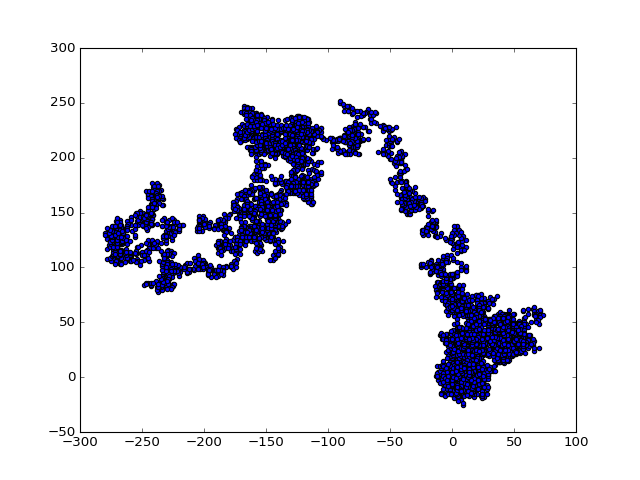
Repository: wh-debug/Matplotlib
Script's output: python rw_visual.py
An editor plug-in stored every save of this project. The script's output is shown before and after the next save, followed by the edit.
Random numbers start from a fixed seed.

Above is the script's output before, as saved 2021-02-23 18:24:23.

### rw_visual.py
'''
Author: your name
Date: 2021-02-23 18:21:32
LastEditTime: 2021-02-23 18:24:23
LastEditors: Please set LastEditors
Description: In User Settings Edit
FilePath: \Matplotlib\rw_visual.py
'''
import matplotlib.pyplot as plt
from randowwalk import Randomwalk

rw = Randomwalk()
rw.fill_walk()
plt.style.use('classic')
fig, ax = plt.subplots()

ax.scatter(rw.x_values, rw.y_values, s=15)
plt.show()

### randowwalk.py
'''
Author: your name
Date: 2021-02-23 15:39:37
LastEditTime: 2021-02-23 18:20:59
LastEditors: Please set LastEditors
Description: In User Settings Edit
FilePath: \Matplotlib\randowwalk.py
'''
from random import choice

class Randomwalk:
    """一个生成随机漫步数据的类"""
    def __init__(self, num_points=5000):
        self.num_points = num_points

        self.x_values = [0]
        self.y_values = [0]

    def fill_walk(self):
        """计算随机漫步的所有的点"""
        while len(self.x_values) < self.num_points:
            #todo 决定前进方向以及沿着个方向前进的距离
            x_direction = choice([1, -1])
            x_distance = choice([0, 1, 2, 3, 4])
            x_step = x_direction * x_distance

            y_direction = choice([1, -1])
            y_distance = choice([0, 1, 2, 3, 4])
            y_step = y_direction * y_distance

            #todo 拒绝原地踏步
            if x_step == 0 and y_step == 0:
                continue

            x = self.x_values[-1] + x_step
            y = self.y_values[-1] + y_step

            self.x_values.append(x)
            self.y_values.append(y)

After the next save:
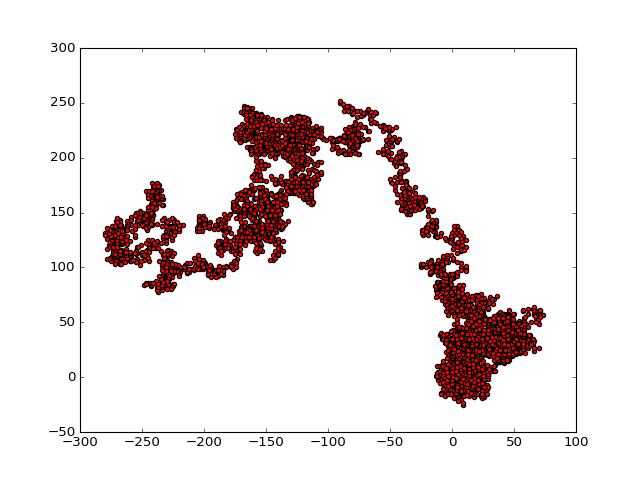
Saved 87 s later.
--- a/rw_visual.py
+++ b/rw_visual.py
@@ -1,7 +1,7 @@
 '''
 Author: your name
 Date: 2021-02-23 18:21:32
-LastEditTime: 2021-02-23 18:24:23
+LastEditTime: 2021-02-23 18:25:50
 LastEditors: Please set LastEditors
 Description: In User Settings Edit
 FilePath: \Matplotlib\rw_visual.py
@@ -14,5 +14,5 @@ rw.fill_walk()
 plt.style.use('classic')
 fig, ax = plt.subplots()
 
-ax.scatter(rw.x_values, rw.y_values, s=15)
+ax.scatter(rw.x_values, rw.y_values, c='red', s=15)
 plt.show()
